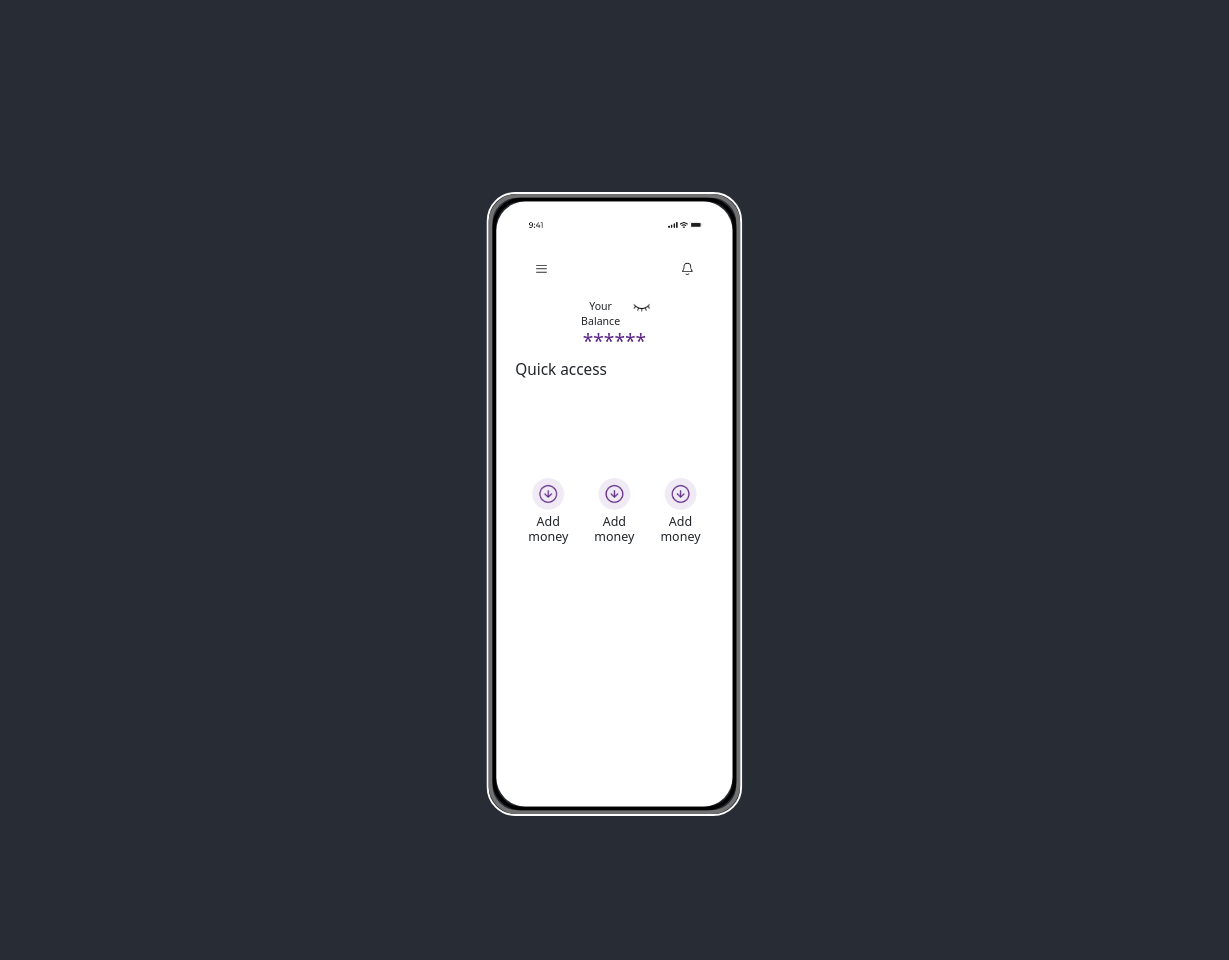
Repository: sarahnnanyelugo/fcmb-hackathon
Page: /
An editor plug-in stored every save of this project. The page is shown before and after the next save, followed by the edit.
The browser window is 1280 px wide. The pictures show the whole page, at 96% of full size.
The project was rebuilt for these pictures with package versions that can differ from the ones it lists, and the page was loaded fresh each time.

Above is the page before, as saved 2023-10-28 18:31:28.

### src/App.js
import "bootstrap/dist/css/bootstrap.min.css";
import Top from "./assets/images/top.png";
import Menu from "./assets/images/menu.png";
import Bell from "./assets/images/bell.png";
import Eye from "./assets/images/eye.png";
import Eye2 from "./assets/images/eye2.png";
import Add from "./assets/images/add.png";
import Transfer from "./assets/images/trans.png";
import Card from "./assets/images/atm.png";
import Mobile from "./assets/images/topup.png";
import Lending from "./assets/images/lend.png";
import Data from "./assets/images/data.png";
import "./App.scss";
import { useState } from "react";

function App() {
  const [showBalance, setShowBalance] = useState(false);
  const [balance, setBalance] = useState("");

  const toggleShowBalance = () => {
    setShowBalance(!showBalance);
  };
  return (
    <>
      <div className="app-header">
        <center>
          <div className="col-md-3">
            <center>
              <div className="col-md-10 app">
                <div className="app-inner">
                  <div className="app-inner2">
                    <div className="app-face">
                      <img src={Top} alt="icon" width="100%" />
                      <div className="flexy" style={{ padding: "20px" }}>
                        <div className="col-md-1 ">
                          {" "}
                          <img src={Menu} alt="icon" width="100%" />
                        </div>
                        <div className="col-md-1 offset-md-10">
                          {" "}
                          <img src={Bell} alt="icon" width="100%" />
                        </div>
                      </div>
                      <center>
                        <div className="col-md-5 balance">
                          <div className="flexy">
                            <small className="col-md-8"> Your Balance </small>
                            <span
                              onClick={toggleShowBalance}
                              className="col-md-4"
                            >
                              {showBalance ? (
                                <img
                                  className=""
                                  src={Eye}
                                  alt="Scholar"
                                  width="60%"
                                />
                              ) : (
                                <img
                                  className=""
                                  src={Eye2}
                                  alt="Scholar"
                                  width="80%"
                                />
                              )}
                            </span>
                          </div>
                          <h5>{showBalance ? "₦2,000" : "******"}</h5>
                        </div>
                      </center>
                      <h6 style={{ float: "left" }}>Quick access</h6>
                      <div className="flexy col-md-12 access">
                        <div className="col-md-4">
                          {" "}
                          <img src={Add} alt="icon" width="50%" />
                          <h6>Add money</h6>
                        </div>
                        <div className="col-md-4">
                          {" "}
                          <img src={Add} alt="icon" width="50%" />
                          <h6>Add money</h6>
                        </div>
                        <div className="col-md-4">
                          {" "}
                          <img src={Add} alt="icon" width="50%" />
                          <h6>Add money</h6>
                        </div>
                      </div>
                    </div>
                  </div>
                </div>
              </div>
            </center>
          </div>
        </center>
      </div>
    </>
  );
}

export default App;

### src/App.scss
.app-header {
  background-color: #282c34;
  height: 1000px;
  padding-top: 200px;
  width: 100%;
}

.app {
  border: solid 2px #fff;
  height: 650px;
  border-radius: 30px;
}
.app-inner {
  border: solid 4px #717171;
  height: 100%;
  border-radius: 30px;
}
.app-inner2 {
  border: solid 4px #000;
  height: 100%;
  border-radius: 30px;
}
.app-face {
  background: #fff;
  height: 100%;
  border-radius: 30px;
  padding: 10px 20px;
}
.flexy {
  display: flex;
}
.flexy1 {
  flex-grow: 1;
}
.balance {
  h5 {
    color: #5c2684;
  }
  small {
    font-size: 11px;
  }
  img {
    margin-top: -10px;
  }
}
.access {
  margin-top: 130px;
  h6 {
    font-size: 13px;
    margin-top: 5px;
  }
}

Loaded but not shown: public/index.html (common file); src/index.js (common file); src/index.css (common file); src/reportWebVitals.js (common file)

After the next save:
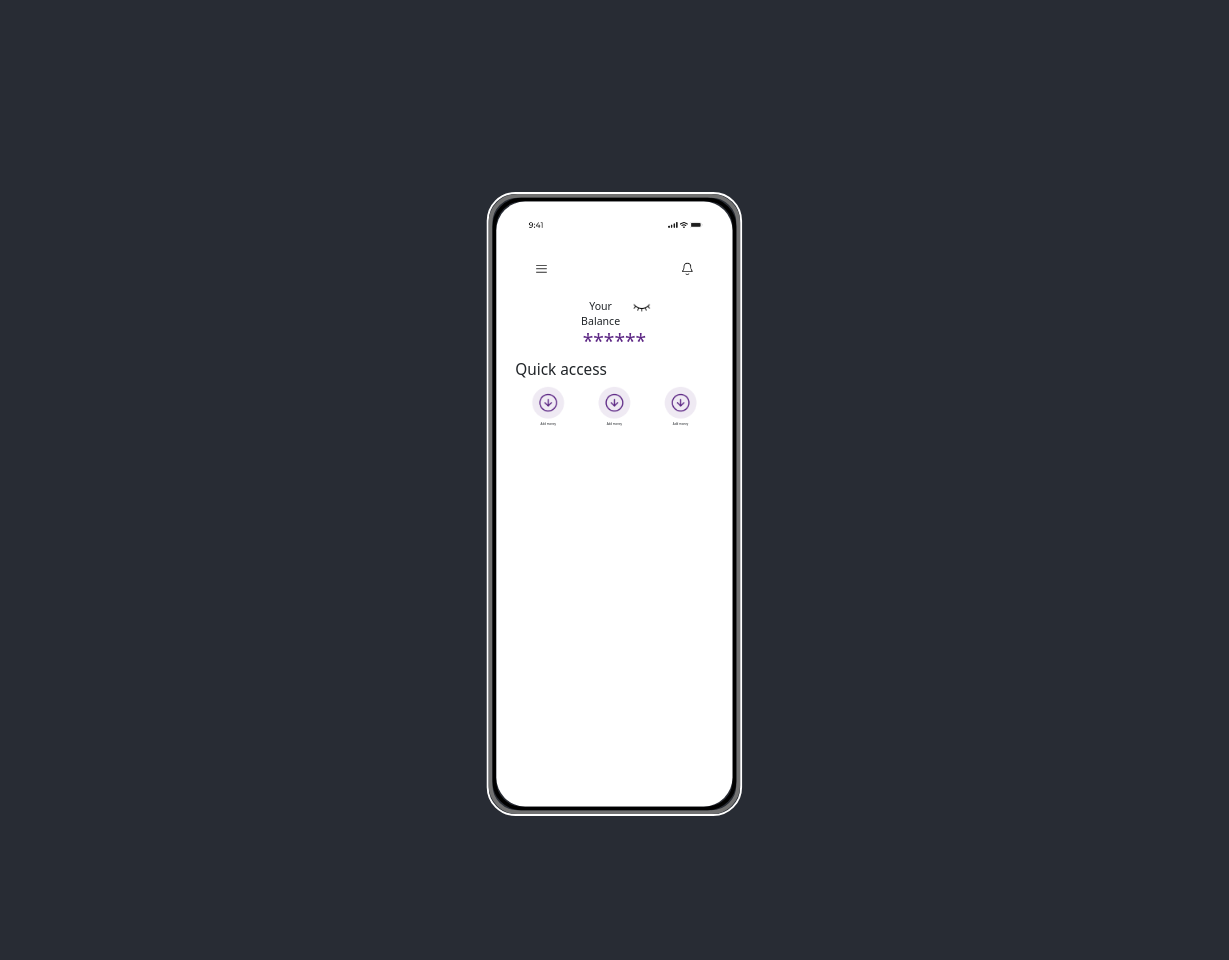
Saved 8 s later.
--- a/src/App.scss
+++ b/src/App.scss
@@ -44,9 +44,9 @@
   }
 }
 .access {
-  margin-top: 130px;
+  margin-top: 30px;
   h6 {
-    font-size: 13px;
+    font-size: 3px;
     margin-top: 5px;
   }
 }
